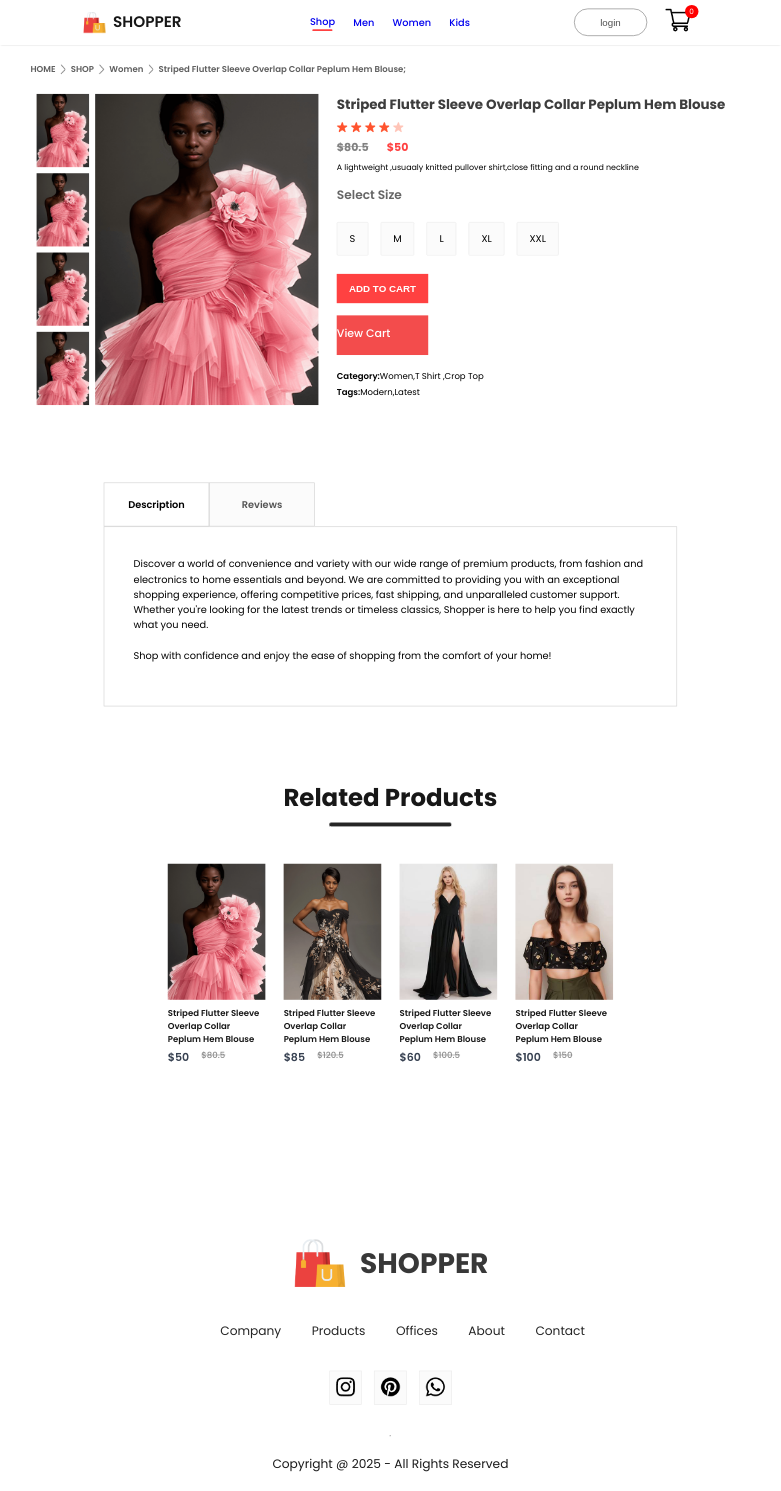
Repository: PayalJakhar/Shoppers-E-commerce-Website
Page: /product/1 (app in frontend/)
These files come from the project's save history. The page is drawn as it stood at one moment and after a run of saves; the edit follows.
The browser window is 1280 px wide. The pictures show the whole page, at 61% of full size.
The project was rebuilt for these pictures with package versions that can differ from the ones it lists, and the page was loaded fresh each time. Also part of the build but not shown: frontend/src/App.css, frontend/src/Components/Hero/Hero.css, frontend/src/Components/Hero/Hero.jsx, frontend/src/Components/Popular/Popular.css, frontend/src/Components/Popular/Popular.jsx, frontend/src/Components/Offers/Offers.css, frontend/src/Components/Offers/Offers.jsx, frontend/src/Components/NewCollections/NewCollections.css and 12 more.

Above is the page before, as saved 2025-01-17 19:02:12.

### frontend/src/index.css
*{
  margin:0;
}
body {
  margin: 0;
  font-family: -apple-system, BlinkMacSystemFont, 'Segoe UI', 'Roboto', 'Oxygen',
    'Ubuntu', 'Cantarell', 'Fira Sans', 'Droid Sans', 'Helvetica Neue',
    sans-serif;
  -webkit-font-smoothing: antialiased;
  -moz-osx-font-smoothing: grayscale;
  font-family:'poppins';
}

code {
  font-family: source-code-pro, Menlo, Monaco, Consolas, 'Courier New',
    monospace;
}

### frontend/src/Context/ShopContext.jsx
import React, { createContext, useState } from "react";
import all_product from '../Components/Assets/Frontend_Assets/all_product';

export const ShopContext = createContext(null);

const getDefaultCart = () => {
    let cart = {};
    for (let index = 0; index < all_product.length; index++) {
        cart[index] = 0;
    }
    return cart;
}

const ShopContextProvider = (props) => {
    const [cartItems, setCartItems] = useState(getDefaultCart());

    const addToCart = (itemId) => {
        setCartItems((prev) => ({ ...prev, [itemId]: prev[itemId] + 1 }));
        console.log(cartItems);
    }

    const removeFromCart = (itemId) => {
        setCartItems((prev) => ({ ...prev, [itemId]: prev[itemId] - 1 }));
    }

    const getTotalCartAmount = () => {
        let totalAmount = 0;
        for (const item in cartItems) {
            if (cartItems[item] > 0) {
                let itemInfo = all_product.find((product) => product.id === Number(item));
                totalAmount += itemInfo.new_price * cartItems[item];
            }
        }
        return totalAmount;
    }

    const getTotalCartItems = () => {
        let totalItem = 0;
        for (const item in cartItems) {
            if (cartItems[item] > 0) {
                totalItem += cartItems[item];
            }
        }
        return totalItem;
    }

    const contextValue = { getTotalCartItems, getTotalCartAmount, all_product, cartItems, addToCart, removeFromCart };

    return (
        <ShopContext.Provider value={contextValue}>
            {props.children}
        </ShopContext.Provider>
    )
}

export default ShopContextProvider;

### frontend/src/Components/Navbar/Navbar.jsx
import React, { useContext, useState, useRef } from 'react';
import { Link } from 'react-router-dom';
import './Navbar.css';
import logo from '../Assets/Frontend_Assets/logo.png';
import cart_icon from '../Assets/Frontend_Assets/cart_icon.png';
import { ShopContext } from '../../Context/ShopContext';
import nav_dropdown from '../Assets/Frontend_Assets/nav_dropdown.png'

export default function Navbar() {
    const [menu, setMenu] = useState('shop');
    const {getTotalCartItems} = useContext(ShopContext);
    const menuRef = useRef();

    const dropdown_toggle = (e) =>{
        menuRef.current.classList.toggle('nav-menu-visible');
        e.target.classList.toggle('open');
    }


    return (
        <div className="navbar">
            <div className="nav-logo">
                <img src={logo} alt="" />
                <p> SHOPPER</p>
            </div>
            <img  className='nav-dropdown' onClick={dropdown_toggle} src={nav_dropdown} alt=""/>
            <ul ref={menuRef} className="nav-menu">
                <li onClick={() => { setMenu('shop') }}><Link style={{textDecoration:'none'}} to='/'>Shop</Link>{menu === 'shop' ? <hr /> : <></>}</li>
                <li onClick={() => { setMenu('mens') }}><Link style={{textDecoration:'none'}} to='/mens'>Men</Link>{menu === 'mens' ? <hr /> : <></>}</li>
                <li onClick={() => { setMenu('women') }}><Link style={{textDecoration:'none'}} to='/women'>Women</Link>{menu === 'women' ? <hr /> : <></>}</li>
                <li onClick={() => { setMenu('kids') }}><Link style={{textDecoration:'none'}} to='/kids'>Kids</Link>{menu === 'kids' ? <hr /> : <></>}</li>
            </ul>
            <div className="nav-login-cart">
                <Link style={{textDecoration:'none'}} to='/login'><button>login</button></Link>
                <Link style={{textDecoration:'none'}} to='/cart'><img src={cart_icon} alt="" /></Link>
                <div className="nav-cart-count">{getTotalCartItems()}</div>
            </div>
        </div>
    )
}

### frontend/src/Pages/Product.jsx
import React,{useContext} from 'react'
import {ShopContext} from '../Context/ShopContext'
import {useParams} from 'react-router-dom'
import Breadcrum from '../Components/Breadcrums/Breadcrum';
import ProductDisplay from '../Components/ProductDisplay/ProductDisplay';
import DescriptionBox from '../Components/DescriptionBox/DescriptionBox';
import RelatedProducts from '../Components/RelatedProducts/RelatedProducts';

export default function Product() {
  const {all_product} = useContext(ShopContext);
  const {productID} = useParams(); // we have to give the name the same name as the parameter as been given
  // using the productID we will look for the product in the all_product;

  const product = all_product.find((e)=>e.id===Number(productID));// the const product will be equal to an object as all_product is an array of objects
  // as productID should be in number format as e.id is in number format
  return (
    <div>
        <Breadcrum product={product}/>
        <ProductDisplay product={product}/>
        <DescriptionBox/>
        <RelatedProducts/>
    </div>
  )
}

### frontend/src/Components/Footer/Footer.jsx
import React from 'react'
import './Footer.css'
import footer_logo from '../Assets/Frontend_Assets/logo_big.png'
import instagram_icon from '../Assets/Frontend_Assets/instagram_icon.png'
import pintester_icon from '../Assets/Frontend_Assets/pintester_icon.png'
import whatsapp_icon from '../Assets/Frontend_Assets/whatsapp_icon.png'
export default function Footer() {
  return (
    <div className='footer'>
        <div className="footer-logo">
            <img src={footer_logo} alt=""/>
            <p>SHOPPER</p>
        </div>
        <ul className="footer-links">
            <li>Company</li>
            <li>Products</li>
            <li>Offices</li>
            <li>About</li>
            <li>Contact</li>
        </ul>
        <div className="footer-social-icon">
            <div className="footer-icons-container">
                <img src={instagram_icon} alt=""/>
            </div>
            <div className="footer-icons-container">
                <img src={pintester_icon} alt=""/>
            </div>
            <div className="footer-icons-container">
                <img src={whatsapp_icon} alt=""/>
            </div>
        </div>
        <div className="footer-copyright">
            <hr/>
            <p>Copyright @ 2025 - All Rights Reserved</p>
        </div>
    </div>
  )
}

### frontend/src/Components/Item/Item.jsx
import React from 'react'
import { Link } from 'react-router-dom';
import './Item.css'
export default function Item(props) {
  return (
    <div className='item'>
        <Link to={`/product/${props.id}`}><img onClick={window.scrollTo(0,0)} src={props.image} alt="" /></Link>
        {/* on click to img just scroll the window on to top */}
        <p>{props.name}</p>
        <div className="item-prices">
            <div className="item-price-new">
                ${props.new_price}
            </div>
            <div className="item-price-old">
                ${props.old_price}
            </div>
        </div>
    </div>
  )
}

### frontend/src/Components/Breadcrums/Breadcrum.jsx
import React from 'react'
import './Breadcrum.css'
import arrow_icon from '../Assets/Frontend_Assets/breadcrum_arrow.png'

const Breadcrum = (props) => {
    const {product} = props;
    return (
        <div className='breadcrum'>
            HOME <img src={arrow_icon} alt=""/> SHOP <img src={arrow_icon} alt=""/> {product.category} <img src={arrow_icon} alt=""/> {product.name};
        </div>
    )
}

export default Breadcrum

### frontend/src/Components/DescriptionBox/DescriptionBox.jsx
import React from 'react'
import './DescriptionBox.css'

const DescriptionBox = () => {
  return (
    <div className='descriptionbox'>
      <div className="descriptionbox-navigator">
        <div className="descriptionbox-nav-box">Description</div>
        <div className="descriptionbox-nav-box fade">Reviews</div>
      </div>
      <div className="descriptionbox-description">
        <p>
        Discover a world of convenience and variety with our wide range of premium products, from fashion and electronics to home essentials and beyond. We are committed to providing you with an exceptional shopping experience, offering competitive prices, fast shipping, and unparalleled customer support. Whether you're looking for the latest trends or timeless classics, Shopper is here to help you find exactly what you need.
        </p>
        <p>
         Shop with confidence and enjoy the ease of shopping from the comfort of your home!
        </p>
      </div>
    </div>
  )
}

export default DescriptionBox

### frontend/src/Components/RelatedProducts/RelatedProducts.jsx
import React from 'react'
import './RelatedProducts.css'
import data_product from '../Assets/Frontend_Assets/data'
import Item from '../Item/Item'
const RelatedProducts = () => {
  return (
    <div className='relatedproducts'>
        <h1>Related Products</h1>
        <hr/>
        <div className="relatedproducts-item">
            {data_product.map((item,i)=>{
                return <Item key={i} id={item.id} name={item.name} image={item.image} new_price={item.new_price} old_price={item.old_price}/>
            })}
        </div>
    </div>
  )
}

export default RelatedProducts

### frontend/src/Components/Footer/Footer.css
.footer{
    display: flex;
    flex-direction: column;
    justify-content: center;
    align-items: center;
    gap: 50px;
}

.footer-logo{
    display: flex;
    align-items: center;
    gap: 20px;
}

.footer-logo p{
    color: #383838;
    font-size: 46px;
    font-weight: 700;

}

.footer-links{
    display: flex;
    list-style: none;
    gap: 50px;
    color: #252525;
    font-size: 20px;
}

.footer-links li{
    cursor: pointer;
}

.footer-social-icon{
    display: flex;
    gap: 20px;
}

.footer-icons-container{
    padding: 10px;
    padding-bottom:6px;
    background: #fbfbfb;
    border: 1px solid #ebebeb;
}

.footer-copyright{
    display: flex;
    flex-direction: column;
    align-items: center;
    gap: 30px;
    width: 100%;
    margin-bottom: 30px;
    color: #1a1a1a;
    font-size: 20px;
}

.footer-copyright r{
    width: 80%;
    border: none;
    border-radius: 10px;
    height: 3px;
    background: #c7c7c7;
}

@media(max-width: 800px){
    .footer{
        gap: 20px;
    }
    .footer-lgo{
        gap: 10px;
        align-items: end;
    }
    .footer-logo img{
        width: 40px;
    }
    .footer-logo p{
        font-size: 25px;
    }
    .footer-links{
        font-size: 14px;
        gap: 10px;
    }
    .footer-social-icon img{
        width: 22px;
    }
    .footer-copyright{
        font-size: 13px;
    }
}

### frontend/src/Components/Item/Item.css
.item{
    width:280px;
}
.item img{
    width: 280px;
}
.item p{
    margin: 6px 0px;
}

.item-prices{
    display:flex;
    gap:20px;
}
.item-price-new{
    color: #374151;
    font-size: 18px;
    font-weight: 600;
}
.item-price-old{
    color: #8c8c8c;
    font-size: 18px;
    font-weight: 500;
    text-decoration: line-through;
}

.item:hover{
    transform: scale(1.05);
    transition: 0.6s;
}

@media(max-width: 1280px){
    .item{
        width: 220px;
        font-size: 14px;
    }
    .item img{
        width: 220px;
    }

    .item-price-old{
        font-size: 14px;
    }
}

@media(max-width: 1024px){
    .item{
        width: 170px;
        font-size: 13px;
    }
    .item img{
        width: 170px;
    }

    .item-price-old{
        font-size: 13px;
    }
}


@media(max-width: 800px){
    .item{
        width: 120px;
        font-size: 12px;
    }
    .item img{
        width: 120px;
    }

    .item-price-old{
        font-size: 12px;
    }
}


@media(max-width: 1280px){
    .item{
        width: 160px;
    }
    .item img{
        width: 160px;
    }

}

### frontend/src/Components/Breadcrums/Breadcrum.css
.breadcrum{
    display: flex;
    align-items: center;
    gap: 8px;
    color: #5e5e5e;
    font-size: 16px;
    font-weight: 600;
    margin: 60px 170px;
    text-transform: capitalize;
}

@media(max-width: 1280px){
    .breadcrum{
        margin: 30px 50px;
        font-size: 14px;
    }
}

@media(max-width: 1024px){
    .breadcrum{
        margin: 30px 30px;
        font-size: 13px;
    }
}


@media(max-width: 800px){
    .breadcrum{
        margin: 30px 10px;
        font-size: 12px;
    }
}


@media(max-width: 500px){
    .breadcrum{
        /* margin: 30px 50px; */
        font-size: 10px;
    }
}

### frontend/src/Components/ProductDisplay/ProductDisplay.css
.productdisplay{
    display: flex;
    margin: 0px 170px;
}
.productdisplay-left{
    display: flex;
    gap:17px;
}
.productdisplay-img-list{
    display: flex;
    flex-direction: column;
    gap:16px;
}
.productdisplay-img-list img{
    height: 163px;
}
.productdisplay-main-img{
    width:586px;
    height:700px;
}
.productdisplay-right{
    margin: 0px 70px;
    display: flex;
    flex-direction: column;
}
.productdisplay-right h1{
    color: #3d3d3d;
    font-size: 40px;
    font-weight: 700;
}
.productdisplay-right-star{
    display: flex;
    align-items: center;
    margin-top: 13px;
    gap:5px ;
    color: #1c1c1c;
    font-size: 16px;

}
.productdisplay-right-prices{
    display: flex;
    margin:40px 0px;
    gap:30px;
    font-size: 24px;
    font-weight: 700;
}
.productdisplay-right-price-old{
    color: #818181;
    text-decoration: line-through;
}
.productdisplay-right-price-new{
    color: #ff4141;
}
.productdisplay-right-size h1{
    margin-top: 55px;
    color: #656565;
    font-size:20px;
    font-weight: 600;
}
.productdisplay-right-sizes{
    display: flex;
    margin:30px 0px;
    gap:20px;
}
.productdisplay-right-sizes div{
    padding: 18px 24px;
    background: #fbfbfb;
    border: 1px solid #ebebeb;
    border-radius: 2px;
    cursor: pointer;

}
.productdisplay-right button{
    padding: 20px 40px;
    width:200px;
    font-size: 16px;
    font-weight: 600;
    color: white;
    background: #ff4141;
    margin-bottom: 40px;
    border: none;
    outline: none;
    cursor: pointer;
}
.productdisplay-right-category{
    margin-top:10px;
}
.productdisplay-right-category span{
    font-weight:600 ;
}

.view-cart-link{
    display: block;
    text-decoration: none;
    /* border: 1px solid black; */
    width: 137px;
    justify-content: center;
    padding-left: 60px;
    color: rgb(255, 255, 255);
    background-color:#f34c4c;
    outline: none;
    height: 35px;
    align-items: center;
    padding-top: 13px;
    padding-bottom: 8px;
    font-size: 18px;
    font-weight: 500;
    margin-bottom: 30px;
}

@media(max-width: 1280px){
    .productdisplay{
        margin: 0px 60px;
    }
    .productdisplay-left{
        gap: 10px;
    }

    .productdisplay-img-list{
        gap: 10px;
    }
    .productdisplay-img-list img{
        height: 120px;
    }

    .productdisplay-main-img{
        width: auto;
        height: 510px;
    }
    .productdisplay-right{
        margin: 0px 30px;
    }

    .productdisplay-right h1{
        font-size: 22px;
    }

    .productdisplay-right-stars{
        gap: 3px;
        font-size: 13px;
    }

    .productdisplay-right-prices{

        margin: 10px 0px;
        font-size: 18px;
    }

    .productdisplay-right-description{
        font-size: 13px;
    }

    .productdisplay-right-size h1{
        margin-top: 20px;
        font-size: 20px;
    }

    .productdisplay-right-sizes div{
        padding: 14px 20px;
    }

    .productdisplay-right button{
        width: 150px;
        padding: 15px 0px;
        margin-bottom: 20px;
    }
    .view-cart-link{
        width: 150px;
        padding: 15px 0px;
        margin-bottom: 20px;
        justify-content: center;
    }
    .productdisplay-right-category{
        margin-top: 5px;
        font-size: 14px;
    }
}


@media(max-width: 1024px){
    .productdisplay{
        margin: 0px 30px;
    }
    .productdisplay-left{
        gap: 5px;
    }

    /* .productdisplay-img-list{
        gap: 10px;
    } */
    .productdisplay-img-list img{
        height: 80px;
    }

    .productdisplay-main-img{
        /* width: auto; */
        height: 350px;
    }
    /* .productdisplay-right{
        margin: 0px 30px;
    } */

    .productdisplay-right h1{
        font-size: 18px;
    }

    .productdisplay-right-stars img{
        /* gap: 3px; */
        /* font-size: 13px; */
        width: 15px;
    }

    /* .productdisplay-right-prices{

        margin: 10px 0px;
        font-size: 18px;
    } */

    .productdisplay-right-description{
        font-size: 12px;
    }

    .productdisplay-right-sizes{
        margin-top: 10px 0px;
        /* font-size: 20px; */
    }

    .productdisplay-right-sizes div{
        padding: 10px 16px;
        font-size: 12px;
    }

    .productdisplay-right button{
        width: 120px;
        padding: 10px 0px;
        margin-bottom: 10px;
        font-size: 14px;
    }

    .view-cart-link{
        width: 120px;
        padding: 10px 0px;
        margin-bottom: 10px;
        font-size: 14px;
        padding-left: 30px;
    }

    .productdisplay-right-category{
        /* margin-top: 5px; */
        font-size: 12px;
    }
}




@media(max-width: 800px){
    .productdisplay{
        margin: 0px 10px;
    }
    .productdisplay-left{
        gap: 0px;
        flex-direction: column-reverse;
        align-items: center;
    }

    .productdisplay-img-list{
        flex-direction: row;
        gap: 6px;
    }
    .productdisplay-img-list img{
        height: 70px;
    }

    .productdisplay-main-img{
        /* width: auto; */
        height: 300px;
    }
    /* .productdisplay-right{
        margin: 0px 30px;
    } */

    .productdisplay-right h1{
        font-size: 14px;
    }

    .productdisplay-right-stars img{
        /* gap: 3px; */
        /* font-size: 13px; */
        width: 13px;
    }

    /* .productdisplay-right-prices{

        margin: 10px 0px;
        font-size: 18px;
    } */

    .productdisplay-right-description{
        font-size: 10px;
    }
    .productdisplay-right-size h1{
        margin-top: 10px 0px;
        /* font-size: 20px; */
    }
    .productdisplay-right-sizes{
        margin-top: 10px ;
        gap: 5px;
        /* font-size: 20px; */
    }

    .productdisplay-right-sizes div{
        padding: 4px 11px;
        /* font-size: 12px; */
    }

    .productdisplay-right button{
        width: 100px;
        /* padding: 10px 0px; */
        /* margin-bottom: 10px; */
        font-size: 12px;
    }

    .view-cart-link{
        width: 100px;
        /* padding: 10px 0px; */
        /* margin-bottom: 10px; */
        font-size: 12px;
    }

    .productdisplay-right-category{
        /* margin-top: 5px; */
        font-size: 10px;
    }
}


@media(max-width:500px){

    .productdisplay{
        flex-direction: column;
    }

    .productdisplay-left{
        gap: 10px;
        flex-direction: row;
        margin: auto;
    }

    .productdisplay-img-list{
        flex-direction: column;
        gap: 8px;
    }

    .productdisplay-img-list img{
        height: 75px;
    }

    .productdisplay-main-img{
        height: 330px;
    }

    .productdisplay-right{ margin: 5px;
    }

    .productdisplay-right h1{
        margin-top: 15px;
        font-size: 20px;
        font-weight: 500;
    }

    .productdisplay-right-stars img{ width: 15px;
    }

    .productdisplay-right-sizes{ gap: 10px;
        margin: 20px 0px;
    }

    I .productdisplay-right-sizes div{
        padding: 10px 16px;
        font-size: 14px;
    }

    .productdisplay-right button{
        width: 130px;
        font-size: 15px;
        padding: 12px 0px;
    }

        .productdisplay-right-category{
            font-size: 16px;
        }

        .view-cart-link{
            width: 130px;
            font-size: 15px;
            padding: 12px 0px;
        }
}

### frontend/src/Components/DescriptionBox/DescriptionBox.css
.descriptionbox{
    margin: 120px 170px;
}
.descriptionbox-navigator{
    display: flex;
}

.descriptionbox-nav-box{
    display:flex;
    align-items: center;
    justify-content: center;
    font-size: 16px;
    font-weight: 600;
    width: 171px;
    height: 70px;
    border: 1px solid #d0d0d0;
}

.descriptionbox-nav-box.fade{
    background: #FBFBFB;
    color: #555;
}

.descriptionbox-description{
    display: flex;
    flex-direction: column;
    gap: 25px;
    border: 1px solid #D0D0D0;
    padding: 48px;
    padding-bottom: 70px;
}

### frontend/src/Components/RelatedProducts/RelatedProducts.css
.relatedproducts{
    display: flex;
    flex-direction: column;
    align-items: center;
    gap: 10px;
    height: 90vh;
    margin-bottom: 100px;
}

.relatedproducts{
    color: #171717;
    font-size: 20px;
    font-weight: 600;
}

.relatedproducts hr{
    width: 200px;
    height: 6px;
    border-radius:10px;
    background: #252525;
}

.relatedproducts-item{
    margin-top: 50px;
    display: flex;
    gap: 30px;
}

Loaded but not shown: frontend/public/index.html (common file); frontend/src/reportWebVitals.js (common file); frontend/src/Components/Assets/Frontend_Assets/all_product.js (329 lines, source omitted); frontend/src/App.js (33 lines, source omitted); frontend/src/Components/Assets/Frontend_Assets/data.js (34 lines, source omitted); frontend/src/index.js (20 lines, source omitted); frontend/src/Components/Navbar/Navbar.css (194 lines, source omitted); frontend/src/Components/ProductDisplay/ProductDisplay.jsx (61 lines, source omitted)

After the next 2 saves:
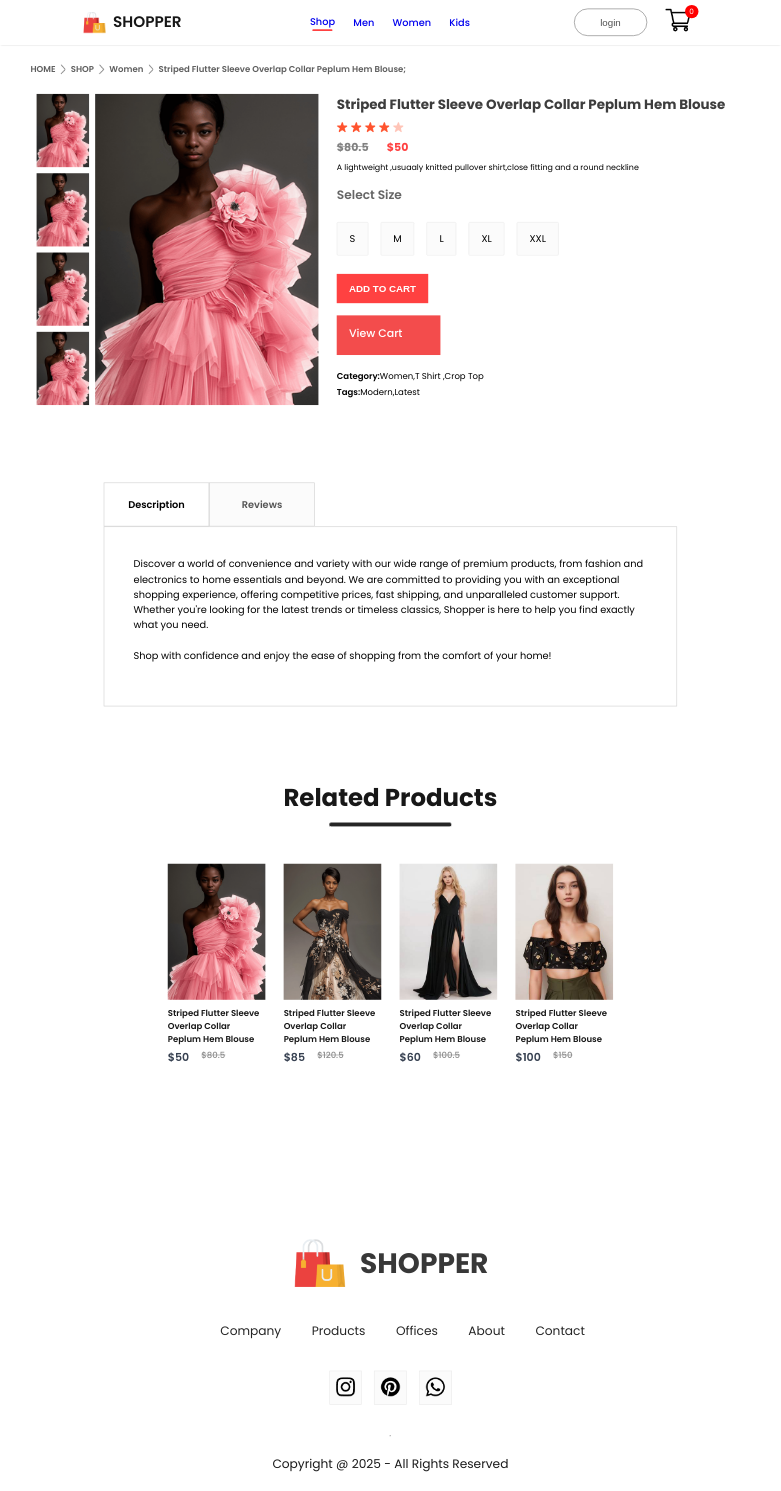
The 2 saves are shown as one change because they came seconds apart.
The last was saved 16 s later.
--- a/frontend/src/Components/ProductDisplay/ProductDisplay.css
+++ b/frontend/src/Components/ProductDisplay/ProductDisplay.css
@@ -168,7 +168,7 @@
         width: 150px;
         padding: 15px 0px;
         margin-bottom: 20px;
-        justify-content: center;
+        padding-left: 20px;
     }
     .productdisplay-right-category{
         margin-top: 5px;
